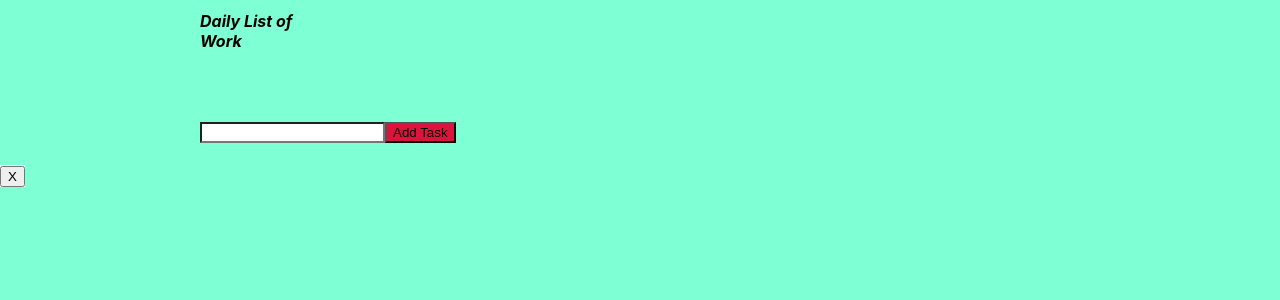
Repository: iamjayenmthakuri/todolist
Page: /, after clicking the first element matching `button.button`
The author's editor kept a copy of each file at every save. The page is drawn from the files as they stood at one save, then again after the next save.
The browser window is 1280 px wide. The pictures show the whole page.
The project was rebuilt for these pictures with package versions that can differ from the ones it lists, and the page was loaded fresh each time.

Above is the page before, as saved 2022-09-19 10:28:25.

After the next save:
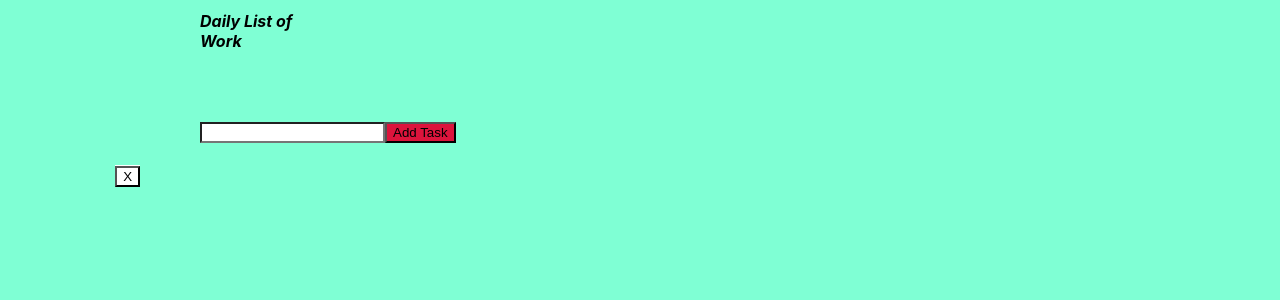
Saved 33 s later.
--- a/src/App.css
+++ b/src/App.css
@@ -17,8 +17,13 @@ body{
   background-color: white;
   height: min-content;
   width: min-content;
-
-
+  margin: auto;
+}
+.bt{
+  background-color: white;
+  height: min-content;
+  width: min-content;
+  margin: auto;
 }
 .input{
   background-color: white;
